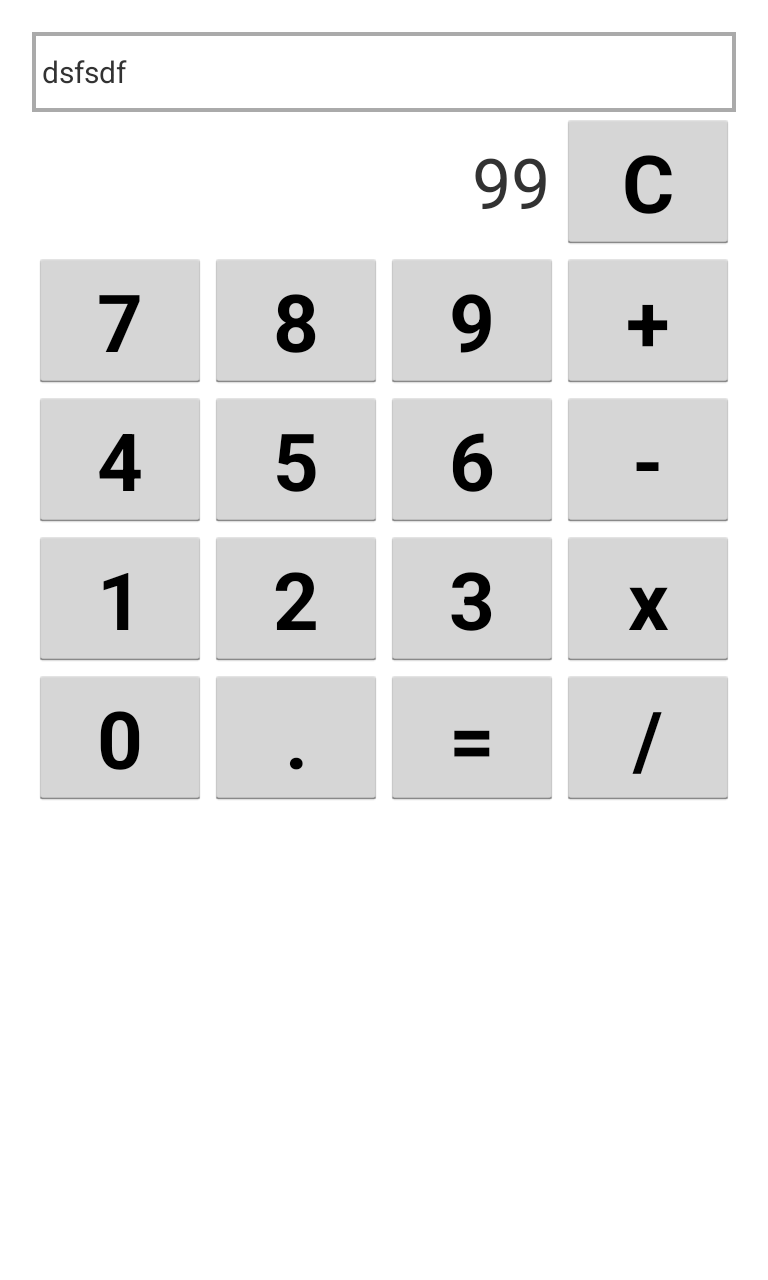
Repository: G3rcar/Android-I
Layout: SimpleCalculator/res/layout/activity_main.xml
The author's editor kept a copy of each file at every save. The layout is drawn from the files as they stood at one save, then again after the next save.
It is drawn on a 768 x 1280 px phone screen (xhdpi) without system bars, with theme AppTheme; the app's code is not run.

Above is the layout before, as saved 2013-11-08 21:46:58.

### SimpleCalculator/res/layout/activity_main.xml
<ScrollView xmlns:android="http://schemas.android.com/apk/res/android"
    xmlns:tools="http://schemas.android.com/tools"
    android:id="@+id/ScrollView1"
    android:layout_width="match_parent"
    android:layout_height="wrap_content"
    android:paddingBottom="@dimen/activity_vertical_margin"
    android:paddingLeft="@dimen/activity_horizontal_margin"
    android:paddingRight="@dimen/activity_horizontal_margin"
    android:paddingTop="@dimen/activity_vertical_margin" >



    <LinearLayout
        android:layout_width="match_parent"
        android:layout_height="wrap_content"
        android:orientation="vertical" >

          <TextView
              android:id="@+id/txvOperaciones"
              android:layout_width="match_parent"
              android:layout_height="40dp"
              style="@style/operacionesTexto"
              android:text="dsfsdf" />

          <LinearLayout
              android:layout_width="match_parent"
              android:layout_height="wrap_content" >

              <TextView
                  android:id="@+id/txvResultado"
                  style="@style/resultadoNumero"
                  android:layout_width="0dp"
                  android:layout_height="match_parent"
                  android:layout_weight="3"
                  android:text="99" />

              <Button
                  android:id="@+id/button1"
                  style="@style/botonNumero"
                  android:layout_width="0dp"
                  android:layout_height="wrap_content"
                  android:layout_weight="1"
                  android:text="@string/lblClear" />

          </LinearLayout>

          <LinearLayout
              android:layout_width="match_parent"
              android:layout_height="match_parent" >

              <Button
                  android:id="@+id/btnSiete"
                  style="@style/botonNumero"
                  android:layout_width="0dp"
                  android:layout_height="wrap_content"
                  android:layout_weight="1"
                  android:text="@string/lblNumSiete" />

              <Button
                  android:id="@+id/btnOcho"
                  style="@style/botonNumero"
                  android:layout_width="0dp"
                  android:layout_height="wrap_content"
                  android:layout_weight="1"
                  android:text="@string/lblNumOcho" />

              <Button
                  android:id="@+id/btnNueve"
                  style="@style/botonNumero"
                  android:layout_width="0dp"
                  android:layout_height="wrap_content"
                  android:layout_weight="1"
                  android:text="@string/lblNumNueve" />

              <Button
                  android:id="@+id/btnMas"
                  style="@style/botonNumero"
                  android:layout_width="0dp"
                  android:layout_height="wrap_content"
                  android:layout_weight="1"
                  android:text="@string/lblMas" />

          </LinearLayout>

          <LinearLayout
              android:layout_width="match_parent"
              android:layout_height="match_parent" >

              <Button
                  android:id="@+id/btnCuatro"
                  style="@style/botonNumero"
                  android:layout_width="0dp"
                  android:layout_height="wrap_content"
                  android:layout_weight="1"
                  android:text="@string/lblNumCuatro" />

              <Button
                  android:id="@+id/btnCinco"
                  style="@style/botonNumero"
                  android:layout_width="0dp"
                  android:layout_height="wrap_content"
                  android:layout_weight="1"
                  android:text="@string/lblNumCinco" />

              <Button
                  android:id="@+id/btnSeis"
                  style="@style/botonNumero"
                  android:layout_width="0dp"
                  android:layout_height="wrap_content"
                  android:layout_weight="1"
                  android:text="@string/lblNumSeis" />

              <Button
                  android:id="@+id/btnMenos"
                  style="@style/botonNumero"
                  android:layout_width="0dp"
                  android:layout_height="wrap_content"
                  android:layout_weight="1"
                  android:text="@string/lblMenos" />

          </LinearLayout>

          <LinearLayout
              android:layout_width="match_parent"
              android:layout_height="match_parent" >

              <Button
                  android:id="@+id/btnUno"
                  style="@style/botonNumero"
                  android:layout_width="0dp"
                  android:layout_height="wrap_content"
                  android:layout_weight="1"
                  android:text="@string/lblNumUno" />

              <Button
                  android:id="@+id/btnDos"
                  style="@style/botonNumero"
                  android:layout_width="0dp"
                  android:layout_height="wrap_content"
                  android:layout_weight="1"
                  android:text="@string/lblNumDos" />

              <Button
                  android:id="@+id/btnTres"
                  style="@style/botonNumero"
                  android:layout_width="0dp"
                  android:layout_height="wrap_content"
                  android:layout_weight="1"
                  android:text="@string/lblNumTres" />

              <Button
                  android:id="@+id/btnMultiplicacion"
                  style="@style/botonNumero"
                  android:layout_width="0dp"
                  android:layout_height="wrap_content"
                  android:layout_weight="1"
                  android:text="@string/lblMultiplicacion" />

          </LinearLayout>

          <LinearLayout
              android:layout_width="match_parent"
              android:layout_height="match_parent" >

              <Button
                  android:id="@+id/btnCero"
                  style="@style/botonNumero"
                  android:layout_width="0dp"
                  android:layout_height="wrap_content"
                  android:layout_weight="1"
                  android:text="@string/lblNumCero" />

              <Button
                  android:id="@+id/btnPunto"
                  style="@style/botonNumero"
                  android:layout_width="0dp"
                  android:layout_height="wrap_content"
                  android:layout_weight="1"
                  android:text="@string/lblPunto" />

              <Button
                  android:id="@+id/btnIgual"
                  style="@style/botonNumero"
                  android:layout_width="0dp"
                  android:layout_height="wrap_content"
                  android:layout_weight="1"
                  android:text="@string/lblIgual" />

              <Button
                  android:id="@+id/btnDivision"
                  style="@style/botonNumero"
                  android:layout_width="0dp"
                  android:layout_height="wrap_content"
                  android:layout_weight="1"
                  android:text="@string/lblDivision" />

          </LinearLayout>

    </LinearLayout>

</ScrollView>

### SimpleCalculator/res/values/styles.xml
<resources xmlns:android="http://schemas.android.com/apk/res/android">

    <!--
        Base application theme, dependent on API level. This theme is replaced
        by AppBaseTheme from res/values-vXX/styles.xml on newer devices.
    -->
    <style name="AppBaseTheme" parent="android:Theme.Light">
        <!--
            Theme customizations available in newer API levels can go in
            res/values-vXX/styles.xml, while customizations related to
            backward-compatibility can go here.
        -->
    </style>

    <!-- Application theme. -->
    <style name="AppTheme" parent="AppBaseTheme">
        <!-- All customizations that are NOT specific to a particular API-level can go here. -->
    </style>
    <style name="botonNumero">
        <item name="android:textSize">40sp</item>
        <item name="android:textStyle">bold</item>
    </style>

    <style name="resultadoNumero">
        <item name="android:textSize">35sp</item>
        <item name="android:gravity">right|center</item>
        <item name="android:paddingRight">5dp</item>
    </style>
    <style name="operacionesTexto">
        <item name="android:textSize">15sp</item>
        <item name="android:gravity">left|center</item>
        <item name="android:paddingLeft">5dp</item>
        <item name="android:background">@drawable/border</item>

    </style>



</resources>

### SimpleCalculator/res/values/strings.xml
<?xml version="1.0" encoding="utf-8"?>
<resources>

    <string name="app_name">Simple Calculator</string>
    <string name="action_settings">Settings</string>
    <string name="hello_world">Hello world!</string>
    <string name="lblNumSiete">7</string>
    <string name="lblNumOcho">8</string>
    <string name="lblNumNueve">9</string>
    <string name="lblMas">+</string>
    <string name="lblNumCuatro">4</string>
    <string name="lblNumCinco">5</string>
    <string name="lblNumSeis">6</string>
    <string name="lblMenos">-</string>
    <string name="lblNumUno">1</string>
    <string name="lblNumDos">2</string>
    <string name="lblNumTres">3</string>
    <string name="lblMultiplicacion">x</string>
    <string name="lblNumCero">0</string>
    <string name="lblPunto">.</string>
    <string name="lblIgual">=</string>
    <string name="lblDivision">/</string>
    <string name="lblClear">C</string>

</resources>

### SimpleCalculator/res/drawable/border.xml
<?xml version="1.0" encoding="utf-8"?>
<shape xmlns:android="http://schemas.android.com/apk/res/android" >
	<solid android:color="#ffffff" />
	<stroke android:width="2dp" android:color="#AAAAAA"/>
</shape>

Loaded but not shown: SimpleCalculator/res/values-v11/styles.xml (common file); SimpleCalculator/res/values-v14/styles.xml (common file); SimpleCalculator/res/values/dimens.xml (common file)

After the next save:
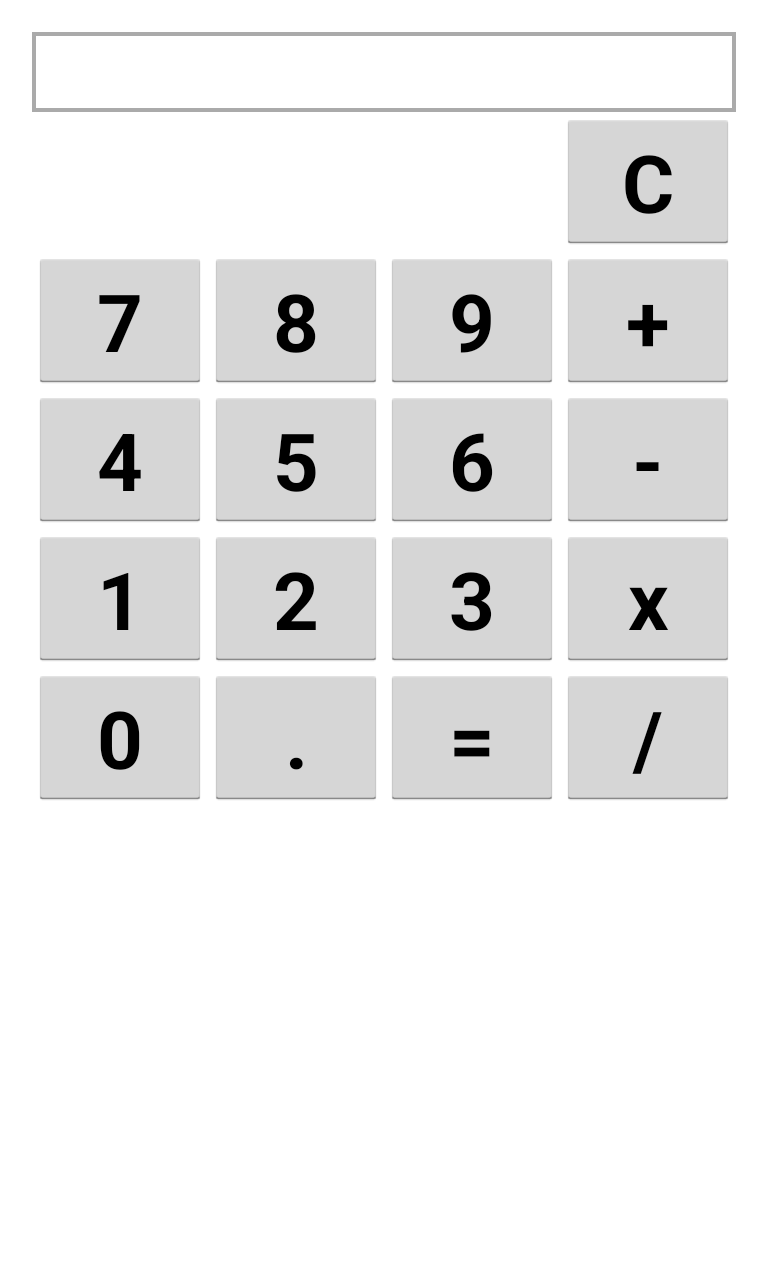
Saved 14 s later.
--- a/SimpleCalculator/res/layout/activity_main.xml
+++ b/SimpleCalculator/res/layout/activity_main.xml
@@ -17,10 +17,9 @@
 
           <TextView
               android:id="@+id/txvOperaciones"
+              style="@style/operacionesTexto"
               android:layout_width="match_parent"
-              android:layout_height="40dp"
-              style="@style/operacionesTexto"
-              android:text="dsfsdf" />
+              android:layout_height="40dp" />
 
           <LinearLayout
               android:layout_width="match_parent"
@@ -31,8 +30,7 @@
                   style="@style/resultadoNumero"
                   android:layout_width="0dp"
                   android:layout_height="match_parent"
-                  android:layout_weight="3"
-                  android:text="99" />
+                  android:layout_weight="3" />
 
               <Button
                   android:id="@+id/button1"
